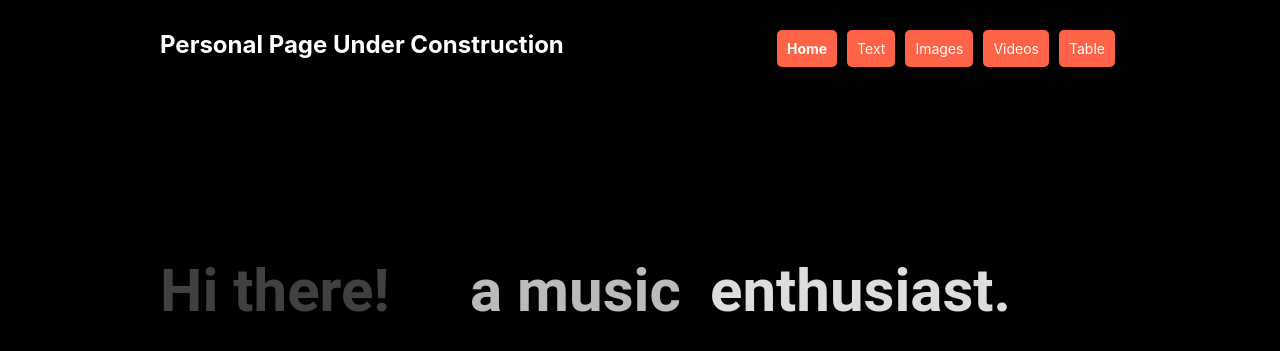
Repository: luhan68/personal_website
Page: index.html
An editor plug-in stored every save of this project. The page is shown before and after the next save, followed by the edit.
The browser window is 1280 px wide. The pictures show the whole page.

Above is the page before, as saved 2021-01-30 14:02:08.

### index.html
<div class="container" id="index">
    <link href='style.css' rel='stylesheet' type='text/css'>
    <div class="nav">
        <div class="nav-bar">
            <ul>
                <li class="index"><a href="index.html">Home</a></li>
                <li class="text"><a href="text.html">Text</a></li>
                <li class="images"><a href="image.html">Images</a></li>
                <li class="video"><a href="video.html">Videos</a></li>
                <li class="table"><a href="table.html">Table</a></li>
            </ul>

        </div>
    </div>

    <h2 class="title">Personal Page Under Construction</h2>

<!-- Here for the design idea, I referred to Paul's cool animation design on codepen and fixed a few display width bugs: https://codepen.io/paulvddool/pen/yYeeVE -->

    <div id="animation">
        <div id="text">
            <h1 class="gray">Hi there! I'm</h1>
        </div>
        <div id="first">
            <ul>
                <li><h1 class="silver">Lu.</h1></li>
                <li><h1 class="lightgray">a music</h1></li>
                <li><h1 class="lightgray">a user -</h1></li>
            </ul>
        </div>
        <div id="second">
            <ul>
                <li><h1 class="lightergray">enthusiast.</h1></li>
                <li><h1 class="lightergray">composer.</h1></li>
                <li><h1 class="lightergray">panist.</h1></li>
                <li><h1 class="lightergray">DJ.</h1></li>
                <li><h1 class="lightergray">story lover.</h1></li>
                <li><h1 class="lightergray">designer.</h1></li>
            </ul>
        </div>
    </div>

</div>



<div id="fb-root"></div>
<script async defer crossorigin="anonymous" src="https://connect.facebook.net/en_US/sdk.js#xfbml=1&version=v6.0&appId=2126666884255373&autoLogAppEvents=1"></script>

### style.css
* {
    margin: 0;
    padding: 0;
}

body  {
    background-color: black;
    color: white;
    font-family: -apple-system, BlinkMacSystemFont, 'Segoe UI', Roboto, Oxygen, Ubuntu, Cantarell, 'Open Sans', 'Helvetica Neue', sans-serif;
}

.container {
    width: 75vw;
    margin: 0 auto;
    margin-top: 10px;

}

#index .nav .index, #table .nav .table {
	font-weight: bold;
  }

.nav {
    width: 100%;
}

.logo {
    float: left;
    width: 120px;
  margin: 0;
  padding: 0;
}

.nav-bar {
    float: right;
}

.nav-bar ul li {
    float: left;
    list-style-type: none;
    padding: 10px;
    margin: 0 5px;
    background-color: tomato;
    font-size: 14px;
    border-radius: 5px;

    transition: all 0.5s ease-out;
}

.nav-bar ul li:hover {
    background-color: wheat;
}

a {
    color: white;
    text-decoration: none;
}


.title {
text-align: left;
margin: 30px 0;
}

.myVideo {
text-align: center;
}

.myVideo iframe {
margin: 20px 20px;
}

.fb-like {
margin-bottom: 30px;
}

.footer {
width: 100%;
background-color: #333;
text-align: center;
padding: 20px 0;
margin-top: 50px;
}


input[type=text], select, textarea {
    width: 100%; /* Full width */
    padding: 12px; /* Some padding */
    border: 1px solid #ccc; /* Gray border */
    border-radius: 4px; /* Rounded borders */
    box-sizing: border-box; /* Make sure that padding and width stays in place */
    margin-top: 6px; /* Add a top margin */
    margin-bottom: 16px; /* Bottom margin */
    resize: vertical /* Allow the user to vertically resize the textarea (not horizontally) */
  }

  input[type=submit] {
    background-color: #a73012;
    color: white;
    padding: 12px 20px;
    border: none;
    border-radius: 4px;
    cursor: pointer;
  }

  input[type=submit]:hover {
    background-color: #d10c0c;
  }


  .myGallery {
    display: grid;
    grid-gap: 20px;
    grid-template-columns: repeat(auto-fit, minmax(175px, 1fr));
  }

  .myGallery img {
    width: 100%;
  }


table {
    font-family: Arial, Helvetica, sans-serif;
    border-collapse: collapse;
    width: 100%;
  }

table td, table th {
    border: 1px solid rgb(34, 33, 33);
    padding: 8px;
  }

table tr:nth-child(even){background-color: #110f0f;}

table tr:hover {background-color: rgb(46, 43, 43);}

table th {
    padding-top: 12px;
    padding-bottom: 12px;
    text-align: left;
    background-color: #350901;
    color: white;
  }


  p,
label {
    font: 1rem 'Fira Sans', sans-serif;
}

input {
    margin: .4rem;
}


/* I refer to Paul's cool animation design on codepen and fix a few display width bugs: https://codepen.io/paulvddool/pen/yYeeVE */

#animation {
	display: block;
	margin: 20% auto;
	height: 80px;
	width: auto;
}
@media screen and (max-width: 1080px) {
	#animation {
		box-sizing: border-box;
		-moz-box-sizing: border-box;
		padding: 0px;
		width: 100%;
	}
}
@keyframes animateOnce {
	0% { transform: translateY(80px); -webkit-transform: translateY(80px); -moz-transform: translateY(80px); }
	100% { transform: translateY(0px); -webkit-transform: translateY(0px); -moz-transform: translateY(0px); }
}
@-webkit-keyframes animateOnce {
	0% { transform: translateY(80px); -webkit-transform: translateY(80px); -moz-transform: translateY(80px); }
	100% { transform: translateY(0px); -webkit-transform: translateY(0px); -moz-transform: translateY(0px); }
}
#text {
	width: 300px;
	height: 80px;
	float: left;
	overflow: hidden;
}
#text h1 {
	animation: animateOnce 0.2s;
	-webkit-animation: animateOnce 0.2s;
}
@keyframes animateFirst {
	0% { transform: translateY(80px); -webkit-transform: translateY(80px); -moz-transform:translateY(80px); }
	1% { transform: translateY(0px); -webkit-transform: translateY(0px); -moz-transform:translateY(0px); }
	14% { transform: translateY(0px); -webkit-transform: translateY(0px); -moz-transform:translateY(0px); }
	15% { transform: translateY(-80px); -webkit-transform: translateY(-80px); -moz-transform:translateY(-80px); }
	70% { transform: translateY(-80px); -webkit-transform: translateY(-80px); -moz-transform:translateY(-80px); }
	71% { transform: translateY(-160px); -webkit-transform: translateY(-160px); -moz-transform:translateY(-160px); }
	99% { transform: translateY(-160px); -webkit-transform: translateY(-160px); -moz-transform:translateY(-160px); }
	100% { transform: translateY(-240px); -webkit-transform: translateY(-240px); -moz-transform:translateY(-240px); }
}
@-webkit-keyframes animateFirst {
	0% { transform: translateY(80px); -webkit-transform: translateY(80px); -moz-transform:translateY(80px); }
	1% { transform: translateY(0px); -webkit-transform: translateY(0px); -moz-transform:translateY(0px); }
	14% { transform: translateY(0px); -webkit-transform: translateY(0px); -moz-transform:translateY(0px); }
	15% { transform: translateY(-80px); -webkit-transform: translateY(-80px); -moz-transform:translateY(-80px); }
	70% { transform: translateY(-80px); -webkit-transform: translateY(-80px); -moz-transform:translateY(-80px); }
	71% { transform: translateY(-160px); -webkit-transform: translateY(-160px); -moz-transform:translateY(-160px); }
	99% { transform: translateY(-160px); -webkit-transform: translateY(-160px); -moz-transform:translateY(-160px); }
	100% { transform: translateY(-240px); -webkit-transform: translateY(-240px); -moz-transform:translateY(-240px); }
}
@keyframes animateSecond {
	0% { transform: translateY(80px); -webkit-transform: translateY(80px); -moz-transform: translateY(80px); }
	14% { transform: translateY(80px); -webkit-transform: translateY(80px); -moz-transform: translateY(80px); }
	15% { transform: translateY(0px); -webkit-transform: translateY(0px); -moz-transform: translateY(0px); }
	29% { transform: translateY(0px); -webkit-transform: translateY(0px); -moz-transform: translateY(0px); }
	30% { transform: translateY(-80px); -webkit-transform: translateY(-80px); -moz-transform: translateY(-80px); }
	44% { transform: translateY(-80px); -webkit-transform: translateY(-80px); -moz-transform: translateY(-80px); }
	45% { transform: translateY(-160px); -webkit-transform: translateY(-160px); -moz-transform: translateY(-160px); }
	59% { transform: translateY(-160px); -webkit-transform: translateY(-160px); -moz-transform: translateY(-160px); }
	60% { transform: translateY(-240px); -webkit-transform: translateY(-240px); -moz-transform: translateY(-240px); }
	70% { transform: translateY(-240px); -webkit-transform: translateY(-240px); -moz-transform: translateY(-240px); }
	71% { transform: translateY(-320px); -webkit-transform: translateY(-320px); -moz-transform: translateY(-320px); }
	85% { transform: translateY(-320px); -webkit-transform: translateY(-320px); -moz-transform: translateY(-320px); }
	86% { transform: translateY(-400px); -webkit-transform: translateY(-400px); -moz-transform: translateY(-400px); }
	99% { transform: translateY(-400px); -webkit-transform: translateY(-400px); -moz-transform: translateY(-400px); }
	100% { transform: translateY(-480px); -webkit-transform: translateY(-480px); -moz-transform: translateY(-480px); }
}
@-webkit-keyframes animateSecond {
	0% { transform: translateY(80px); -webkit-transform: translateY(80px); -moz-transform: translateY(80px); }
	14% { transform: translateY(80px); -webkit-transform: translateY(80px); -moz-transform: translateY(80px); }
	15% { transform: translateY(0px); -webkit-transform: translateY(0px); -moz-transform: translateY(0px); }
	29% { transform: translateY(0px); -webkit-transform: translateY(0px); -moz-transform: translateY(0px); }
	30% { transform: translateY(-80px); -webkit-transform: translateY(-80px); -moz-transform: translateY(-80px); }
	44% { transform: translateY(-80px); -webkit-transform: translateY(-80px); -moz-transform: translateY(-80px); }
	45% { transform: translateY(-160px); -webkit-transform: translateY(-160px); -moz-transform: translateY(-160px); }
	59% { transform: translateY(-160px); -webkit-transform: translateY(-160px); -moz-transform: translateY(-160px); }
	60% { transform: translateY(-240px); -webkit-transform: translateY(-240px); -moz-transform: translateY(-240px); }
	70% { transform: translateY(-240px); -webkit-transform: translateY(-240px); -moz-transform: translateY(-240px); }
	71% { transform: translateY(-320px); -webkit-transform: translateY(-320px); -moz-transform: translateY(-320px); }
	85% { transform: translateY(-320px); -webkit-transform: translateY(-320px); -moz-transform: translateY(-320px); }
	86% { transform: translateY(-400px); -webkit-transform: translateY(-400px); -moz-transform: translateY(-400px); }
	99% { transform: translateY(-400px); -webkit-transform: translateY(-400px); -moz-transform: translateY(-400px); }
	100% { transform: translateY(-480px); -webkit-transform: translateY(-480px); -moz-transform: translateY(-480px); }
}
#first {
	height: 80px;
	float: left;
	margin-left: 10px;
	overflow: hidden;
}
#first ul {
	width: 230px;
	list-style: none;
	margin: 0;
	padding: 0;
	animation: animateFirst 21s infinite;
	-webkit-animation: animateFirst 21s infinite;
}

#second {
	height: 80px;
	float: left;
	margin-left: 10px;
	overflow: hidden;
}
#second ul {
	width: 300px;
	list-style: none;
	margin: 0;
	padding: 0;
	animation: animateSecond 21s infinite;
	-webkit-animation: animateSecond 21s infinite;
}

h1 {
	font-family: 'Roboto', 'Helvetica Neue', Helvetica, Arial;
	font-size: 60px;
	font-weight: 700;
	line-height: 80px;
	margin: 0px;
}
.gray {
	color: #404040;
}
.silver {
	color: #909090;
}
.lightgray {
	color: #BBB;
}
.lightergray {
	color: #DDD;
}

After the next save:
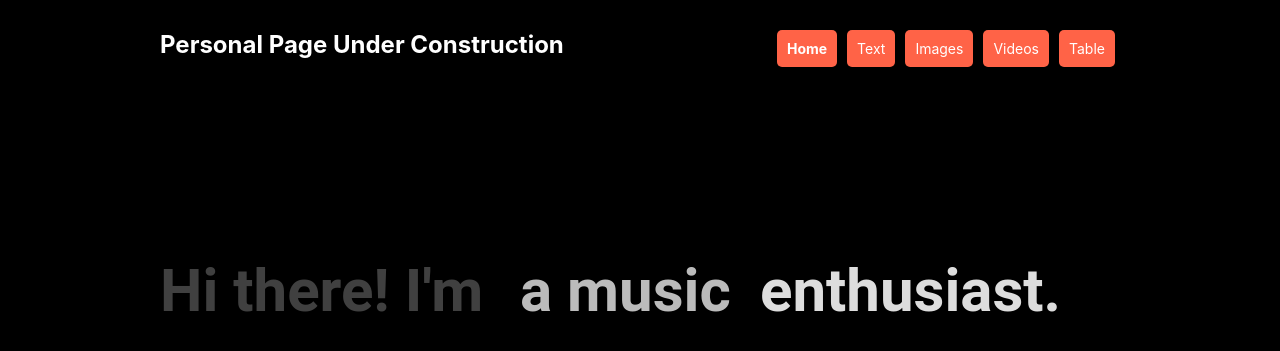
Saved 5 h 9 min later.
--- a/style.css
+++ b/style.css
@@ -178,7 +178,7 @@ input {
 	100% { transform: translateY(0px); -webkit-transform: translateY(0px); -moz-transform: translateY(0px); }
 }
 #text {
-	width: 300px;
+	width: 350px;
 	height: 80px;
 	float: left;
 	overflow: hidden;
